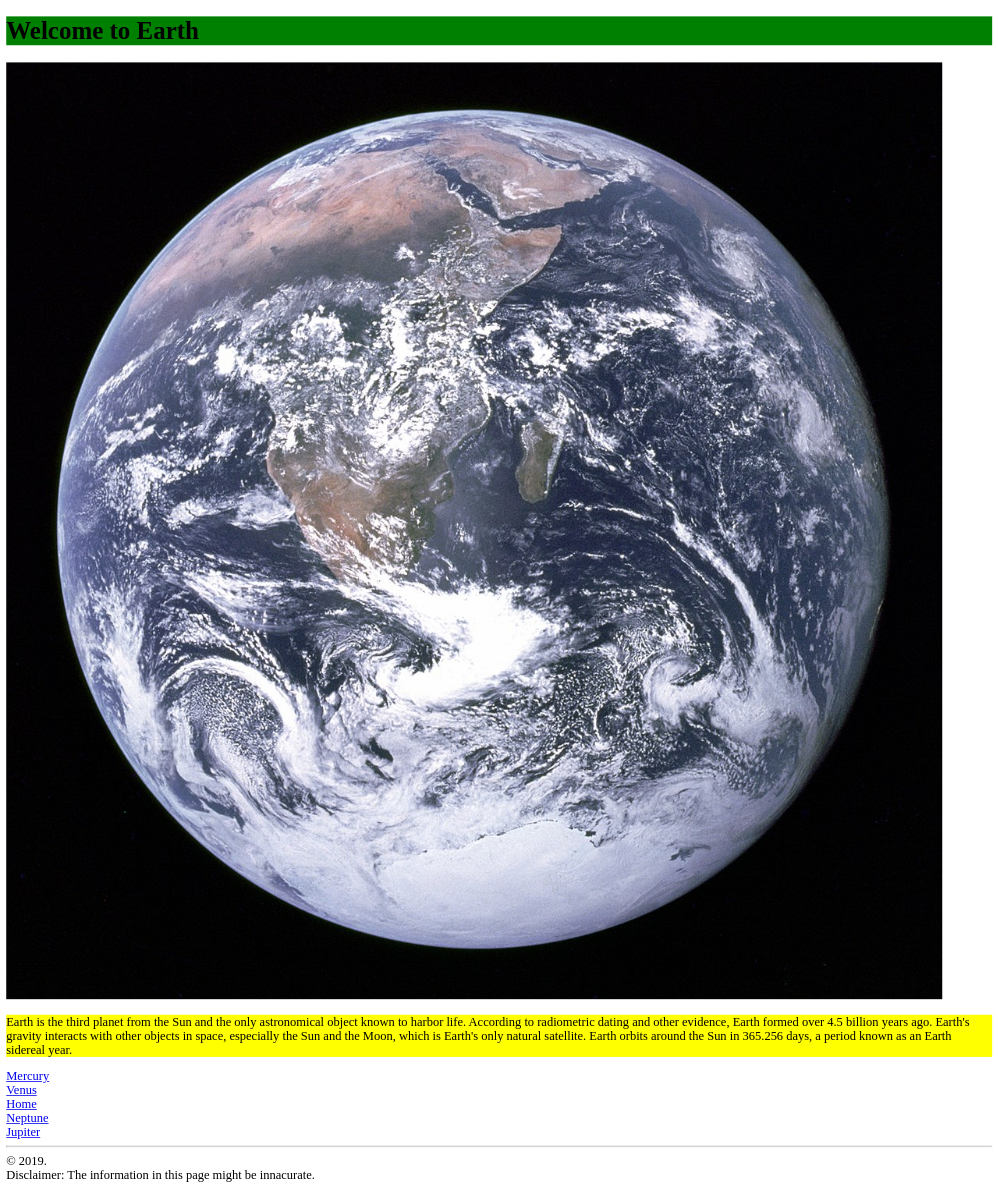
Repository: BenZhang97/BenZhang-CST336-Lab6
Page: http://localhost/earth
The author's editor kept a record of every edit. The page is drawn from the files as they stood at one moment, then again after the next edit.
The browser window is 1280 px wide. The pictures show the whole page, at 78% of full size.
The page is served by the project's Node server (app.js).

Above is the page before.

### views/earth.html
<%- include('partials/header.ejs') %>

    <h1>Welcome to Earth</h1>
    <img src="/img/earth.jpg" alt="Earth" />

    <p id="earth">Earth is the third planet from the Sun and the only astronomical object known to harbor life. According to radiometric dating and other evidence, Earth formed over 4.5 billion years ago. Earth's gravity interacts with other objects in space, especially the Sun and the Moon, which is Earth's only natural satellite. Earth orbits around the Sun in 365.256 days, a period known as an Earth sidereal year.</p>

    <a href="/mercury">Mercury</a> <br>
    <a href="/venus">Venus</a> <br>
    <a href="/">Home</a> <br>
    <a href="/neptune">Neptune</a> <br>
    <a href="/jupiter">Jupiter</a> <br>

<%- include('partials/footer.ejs') %>

### views/partials/header.ejs
<!DOCTYPE html>
<html>
    <head>
        <title> The Solar System </title>
        <style>
            h1 {
                background-color: green;
            }

div {
  background-color: lightblue;
}

p {
  background-color: yellow;
}
</style>
    </head>
    <body>

### app.js
const express = require("express");
const app = express();
app.use(express.static('css'));
// app.use(bodyParser.urlencoded({extended: true}));
// app.set('view engine', 'ejs');
app.engine('html', require('ejs').renderFile);
app.use(express.static("public"));

//routes
app.get("/", function(req, res){
    res.render("index.html");
});

app.get("/mercury", function(req, res){
    res.render("mercury.html");
});

app.get("/venus", function(req, res){
    res.send("venus.html");
});

app.get("/earth", function(req, res) {
    res.render("earth.html");
});

/* The handler for undefined routes */
app.get("*", function(req, res){
   res.send("<h2 style='color: red;'> Sorry, Page not found !</h2>");
});

// //server listener
// app.listen(process.env.PORT, process.env.IP, function(){
//     console.log("Running Express Server...");
// });

/* Start the application server */
app.listen(process.env.PORT || process.env.IP, function(){
    console.log("Server has been started");
})

Loaded but not shown: views/partials/footer.ejs (common file)

After the next edit:
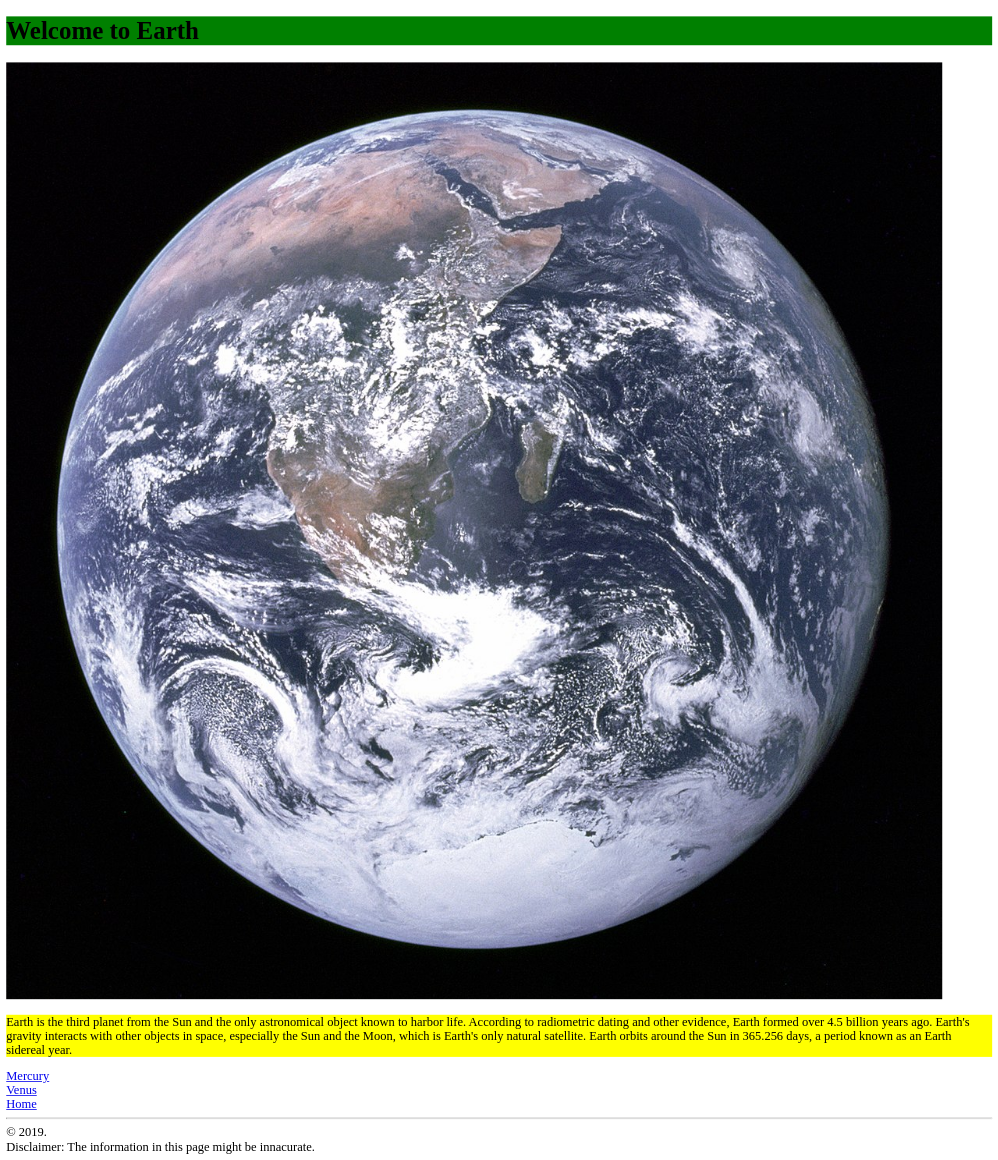
The edit:
--- a/views/earth.html
+++ b/views/earth.html
@@ -8,7 +8,4 @@
     <a href="/mercury">Mercury</a> <br>
     <a href="/venus">Venus</a> <br>
     <a href="/">Home</a> <br>
-    <a href="/neptune">Neptune</a> <br>
-    <a href="/jupiter">Jupiter</a> <br>
-
 <%- include('partials/footer.ejs') %>
